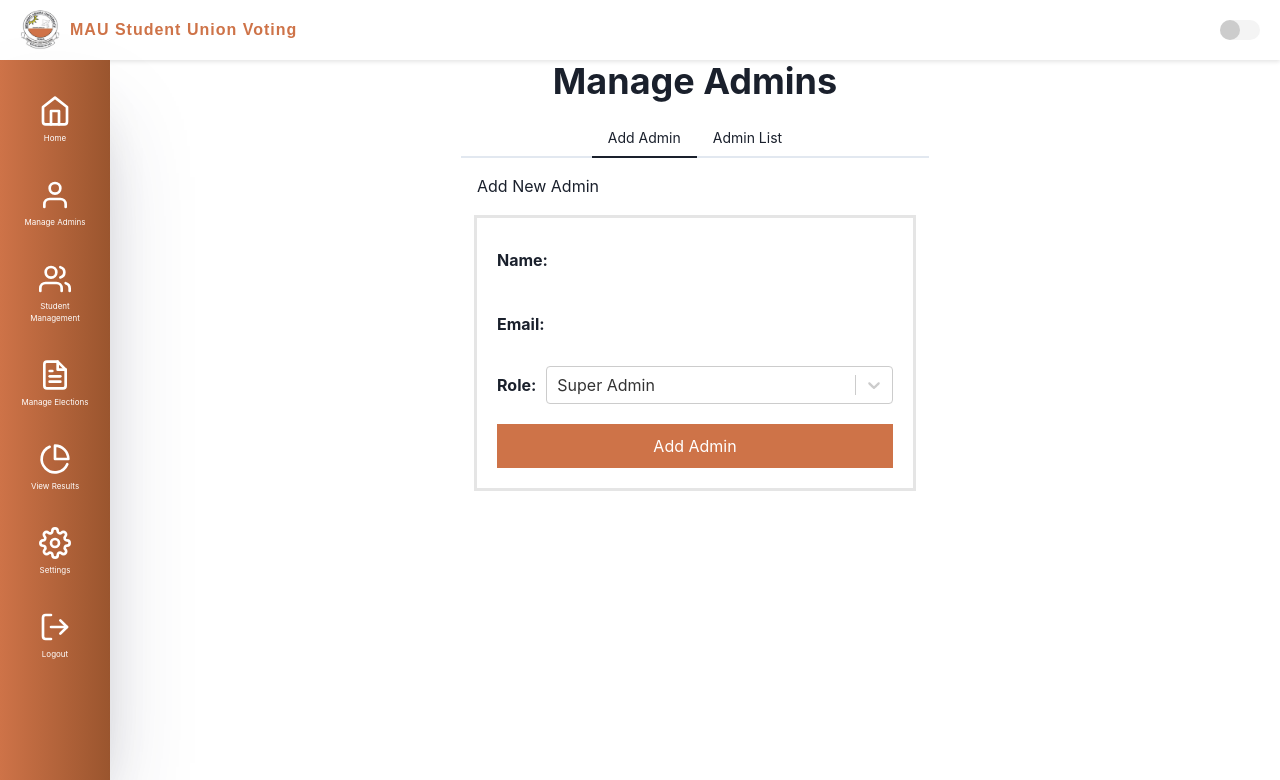
Repository: joena1o/e-vote
Page: /admin-dashboard/manage-admin
The author's editor kept a copy of each file at every save. The page is drawn from the files as they stood at one save, then again after the next save.
The browser window is 1280 px wide. The pictures show the whole page.
The project was rebuilt for these pictures with package versions that can differ from the ones it lists, and the page was loaded fresh each time. Also part of the build but not shown: src/components/EnhancedLogin.js, src/components/maincontent/RegisterStudents/ManageStudents.js, src/components/maincontent/RegisterStudents/RegisterStudents.js, src/components/maincontent/RegisterStudents/StudentManagement.js, src/components/maincontent/ElectionResults/ViewResults.js, src/components/maincontent/Settings/Settings.js, src/api/index.js, src/components/maincontent/home/Home.styles.js and 15 more.

Above is the page before, as saved 2023-10-24 07:03:42.

### src/index.js
import React from 'react';
import ReactDOM from 'react-dom/client';
import './index.css';
import App from './App';
import reportWebVitals from './reportWebVitals';
import Modal from 'react-modal';

// Set the app element for the modal for accessibility purposes
Modal.setAppElement('#root');

const root = ReactDOM.createRoot(document.getElementById('root'));
root.render(
  <React.StrictMode>
    <App />
  </React.StrictMode>
);

// If you want to start measuring performance in your app, pass a function
// to log results (for example: reportWebVitals(console.log))
// or send to an analytics endpoint. Learn more: https://bit.ly/CRA-vitals
reportWebVitals();

### src/App.js
import React from 'react';
import { BrowserRouter as Router, Routes, Route, Navigate } from 'react-router-dom';
import EnhancedLogin from './components/EnhancedLogin';
import AdminDashboard from './components/AdminDashboard';
import StudentDashboard from './components/StudentDashboard';
import { ChakraProvider, ColorModeProvider, Button, useColorMode } from '@chakra-ui/react';
import { Provider } from 'react-redux';
import store from './Redux/store';
import ElectionCommitteeDashboard from './components/maincontent/ElectionCommitteeDashboard';

// Component to toggle dark mode
function DarkModeToggle() {
  const { colorMode, toggleColorMode } = useColorMode();
  return (
    <Button onClick={toggleColorMode} position="fixed" m={4} zIndex={10}>
      Toggle {colorMode === 'light' ? 'Dark' : 'Light'}
    </Button>
  );
}

function App() {
  // Check if the current route is not the "/login" route, then render the DarkModeToggle
  // const isLoginPage = window.location.pathname === '/login';

  return (
    <Provider store={store}>
      <ChakraProvider>
        <ColorModeProvider options={{ useSystemColorMode: true }}>
          <Router>
            <Routes>
              {/* Define your routes */}
              <Route path="/login" element={<EnhancedLogin />} />
              <Route path="/admin-dashboard/*" element={<AdminDashboard />} />
              <Route path="/ElectionCommittee-dashboard/*" element={<ElectionCommitteeDashboard />} />
              <Route path='/student-dashboard/*' element={<StudentDashboard />} />
              {/* Redirect root to /admin-dashboard */}
              <Route path="/" element={<Navigate to="/admin-dashboard" replace />} />
            </Routes>
          </Router>
          {/* Render DarkModeToggle only if not on the "/login" page */}
          {/* {!isLoginPage && <DarkModeToggle />} */}
        </ColorModeProvider>
      </ChakraProvider>
    </Provider>
  );
}

export default App;

### src/components/AdminDashboard.js
// AdminDashboard.js
import React from 'react';
import { Routes, Route } from 'react-router-dom';
import StudentManagement from './maincontent/RegisterStudents/StudentManagement';
import ViewResults from './maincontent/ElectionResults/ViewResults';
import Settings from './maincontent/Settings/Settings';
import Home from './maincontent/home/Home';
import ManageAdmin from './maincontent/ManageAdmins/ManageAdmins';
import ManageElections from './maincontent/ManageElections/ManageElections';
import Sidebar from './Sidebar';
import Navbar from './Navbar';
import styled from 'styled-components';

const Container = styled.div`
  display: flex;
  flex-direction: column;
  /* Add the following line to ensure Container fills the screen height */
  height: 100vh;
  width: 100%; /* Use 100% to fill the entire width of the screen */
`;


const Content = styled.div`
  display: flex;
  /* Add the following line to ensure Content fills the remaining screen space */
  flex: 1;
`;

const AdminDashboard = () => {
  return (
    <Container>
      <Navbar />
      <Content>
        <Sidebar />
        <Routes>
          <Route index element={<Home />} />
          <Route path="student-management" element={<StudentManagement />} />
          <Route path="view-results" element={<ViewResults />} />
          <Route path="settings" element={<Settings />} />
          <Route path="manage-admin" element={<ManageAdmin />} />
          <Route path="manage-elections" element={<ManageElections />} />
        </Routes>
      </Content>
    </Container>
  );
};

export default AdminDashboard;

### src/Redux/store.js
import { configureStore } from '@reduxjs/toolkit';
import electionReducer from './electionSlice';
import studentsReducer from './studentsSlice';
import candidatesReducer from './CandidateSlice'; // Import the candidates reducer

const store = configureStore({
  reducer: {
    elections: electionReducer,
    students: studentsReducer,
    candidates: candidatesReducer, // Add the candidates reducer here
  },
});

export default store;

### src/components/maincontent/ManageAdmins/ManageAdmins.js
import React, { useState } from 'react';
import { Tabs, TabList, TabPanels, Tab, TabPanel, Box, Flex, Heading } from '@chakra-ui/react';
import AddAdmin from './AddAdmin';
import AdminList from './AdminList';

const ManageAdmins = () => {
  const [activeTab, setActiveTab] = useState(0);

  const handleTabChange = (index) => {
    setActiveTab(index);
  };

  return (
    <Flex direction="column" align="center" w="100%" h="100%">
      <Heading mb={4}>Manage Admins</Heading>
      <Box w="40%" maxW="500px">
        <Tabs index={activeTab} onChange={handleTabChange} isLazy>
          <TabList justifyContent="center">
            <Tab fontSize="sm" px={4} py={2} _selected={{ borderBottom: '2px solid', borderColor: 'currentColor' }}>
              Add Admin
            </Tab>
            <Tab fontSize="sm" px={4} py={2} _selected={{ borderBottom: '2px solid', borderColor: 'currentColor' }}>
              Admin List
            </Tab>
          </TabList>
          <TabPanels>
            <TabPanel>
              <AddAdmin />
            </TabPanel>
            <TabPanel>
              <AdminList />
            </TabPanel>
          </TabPanels>
        </Tabs>
      </Box>
    </Flex>
  );
};

export default ManageAdmins;

### src/components/Sidebar.js
import React from 'react';
import styled from 'styled-components';
import { Link } from 'react-router-dom';
import { FiHome, FiUser, FiUsers, FiFileText, FiSettings, FiLogOut, FiPieChart } from 'react-icons/fi';
import { useColorMode } from '@chakra-ui/react';

const SidebarContainer = styled.nav`
  background: ${props => (props.theme === 'dark' ? '#333' : 'linear-gradient(to right, #ce7348, #9a552e)')};
  padding: 15px;
  height: 100vh;
  color: #fff;
  box-shadow: rgba(50, 50, 93, 0.25) 0px 50px 100px -20px, rgba(0, 0, 0, 0.3) 0px 30px 60px -30px;
  display: flex;
  flex-direction: column;
`;

const LinkList = styled.ul`
  list-style-type: none;
  padding: 0;
  flex: 1;
`;

const StyledLink = styled(Link)`
  text-decoration: none;
  color: #fff;
  display: flex;
  flex-direction: column;
  align-items: center;
  transition: color 0.3s ease;
  margin-bottom: 15px;
  cursor: pointer;
  font-size: 0.5rem;

  &:hover {
    color: #fce364;
  }

  width: 80px;
  text-align: center;
  word-wrap: break-word;
  overflow-wrap: break-word;

  @media (max-width: 768px) {
    font-size: 0.4rem;
  }

  @media (max-width: 480px) {
    font-size: 0.3rem;
  }
`;

const LinkItem = styled.li`
  display: flex;
  align-items: center;
  margin-top: 20px;
`;

const Icon = styled.div`
  font-size: 2rem;
  color: #fff;

  @media (max-width: 768px) {
    font-size: 0.9rem;
  }

  @media (max-width: 480px) {
    font-size: 0.8rem;
  }

  margin-bottom: 5px;

  ${StyledLink}:hover & {
    color: #fce364;  // Change icon color when the link is hovered
  }
`;

function Sidebar() {
  const { colorMode } = useColorMode();

  return (
    <SidebarContainer theme={colorMode}>
      <LinkList>
        <LinkItem>
          <StyledLink to="/admin-dashboard">
            <Icon><FiHome /></Icon>
            Home
          </StyledLink>
        </LinkItem>
        <LinkItem>
          <StyledLink to="/admin-dashboard/manage-admin">
            <Icon><FiUser /></Icon>
            Manage Admins
          </StyledLink>
        </LinkItem>
        <LinkItem>
          <StyledLink to="/admin-dashboard/student-management">
            <Icon><FiUsers /></Icon>
            Student Management
          </StyledLink>
        </LinkItem>
        <LinkItem>
          <StyledLink to="/admin-dashboard/manage-elections">
            <Icon><FiFileText /></Icon>
            Manage Elections
          </StyledLink>
        </LinkItem>
        <LinkItem>
          <StyledLink to="/admin-dashboard/view-results">
            <Icon><FiPieChart /></Icon>
            View Results
          </StyledLink>
        </LinkItem>
        <LinkItem>
          <StyledLink to="/admin-dashboard/settings">
            <Icon><FiSettings /></Icon>
            Settings
          </StyledLink>
        </LinkItem>
        <LinkItem>
          <StyledLink to="/logout">
            <Icon><FiLogOut /></Icon>
            Logout
          </StyledLink>
        </LinkItem>
      </LinkList>
    </SidebarContainer>
  );
}

export default Sidebar;

### src/components/Navbar.js
import React from 'react';
import styled, { createGlobalStyle } from 'styled-components';
import logo from '../assets/school_logo.jpg';
import { useColorMode } from '@chakra-ui/react';

const GlobalStyle = createGlobalStyle`
  body {
    background-color: ${props => (props.theme === 'dark' ? '#333' : '#fff')};
    color: ${props => (props.theme === 'dark' ? '#fff' : '#000')}; // Set other component texts to black in light mode
  }
`;

const Header = styled.header`
  background: ${props => (props.theme === 'dark' ? '#333' : '#fff')};
  color: ${props => (props.theme === 'dark' ? '#fff' : '#ce7348')}; // Set navbar text to brown in light mode
  padding: 10px 20px;
  display: flex;
  align-items: center;
  justify-content: flex-start;
  box-shadow: 0px 2px 4px rgba(0, 0, 0, 0.1);
  font-family: 'Poppins', sans-serif;
`;


const Logo = styled.img`
  width: 40px;
  height: 40px;
  border-radius: 20px;
  margin-right: 10px;
`;

const Title = styled.h1`
  margin: 0;
  padding: 0;
  font-size: 1rem;
  font-weight: 600;
  letter-spacing: 1px;
`;

const ToggleSlider = styled.label`
  display: flex;
  align-items: center;
  cursor: pointer;
  margin-left: auto;
`;

const SliderInput = styled.input.attrs({ type: 'checkbox' })`
  display: none;
`;

const Slider = styled.div`
  width: 40px;
  height: 20px;
  background-color: ${props => (props.theme === 'dark' ? '#333' : '#f4f4f4')};
  border-radius: 20px;
  position: relative;
  transition: background-color 0.3s ease;
  cursor: pointer;

  &::after {
    content: '';
    width: 20px;
    height: 20px;
    border-radius: 50%;
    background-color: ${props => (props.theme === 'dark' ? '#fff' : '#ccc')};
    position: absolute;
    top: 50%;
    transform: translateY(-50%);
    left: ${props => (props.theme === 'dark' ? '20px' : '0')};
    transition: left 0.3s ease;
  }
`;

function Navbar() {
  const { colorMode, toggleColorMode } = useColorMode();

  return (
    <>
      <GlobalStyle theme={colorMode} />
      <Header theme={colorMode}>
        <Logo src={logo} alt="University Logo" />
        <Title>MAU Student Union Voting</Title>
        <ToggleSlider>
          <SliderInput type="checkbox" onChange={toggleColorMode} />
          <Slider theme={colorMode} />
        </ToggleSlider>
      </Header>
    </>
  );
}

export default Navbar;

### src/Redux/electionSlice.js
/*import { createSlice, createAsyncThunk } from '@reduxjs/toolkit';
import { API, graphqlOperation } from 'aws-amplify';
import { createElection as createElectionAPI } from '../graphql/mutations';

export const createElection = createAsyncThunk(
  'elections/createElection',
  async (election, { rejectWithValue }) => {
    try {
      const result = await API.graphql(graphqlOperation(createElectionAPI, { input: election }));
      return result.data.createElection;
    } catch (error) {
      return rejectWithValue(error);
    }
  }
);

const electionSlice = createSlice({
  name: 'elections',
  initialState: [],
  reducers: {},
  extraReducers: (builder) => {
    builder.addCase(createElection.fulfilled, (state, action) => {
      state.push(action.payload);
    });
  },
});

export default electionSlice.reducer;
*/

### src/Redux/studentsSlice.js
import { createSlice } from '@reduxjs/toolkit';

export const studentsSlice = createSlice({
  name: 'students',
  initialState: [],
  reducers: {
    addStudents: (state, action) => {
      // Add students to the Redux store
      action.payload.forEach(student => {
        state.push(student);
      });
    },
  },
});

export const { addStudents } = studentsSlice.actions;

export default studentsSlice.reducer;

### src/Redux/CandidateSlice.js

import { createSlice } from '@reduxjs/toolkit';

export const candidatesSlice = createSlice({
  name: 'candidates',
  initialState: [],
  reducers: {
    setCandidates: (state, action) => {
      return action.payload;
    },
  },
});

export const { setCandidates } = candidatesSlice.actions;
export default candidatesSlice.reducer;

### src/components/maincontent/ManageAdmins/AddAdmin.js
import React, { useState } from 'react';
import styled from 'styled-components';
import { API, Auth } from 'aws-amplify';
import { useFormik } from 'formik';
import Select from 'react-select';
import { useColorMode } from '@chakra-ui/react';
import Modal from 'react-modal';

Modal.setAppElement('#root');  // For accessibility reasons

const darkThemeStyles = {
    menu: provided => ({
        ...provided,
        backgroundColor: '#333',
        color: 'white'
    }),
    option: (provided, state) => ({
        ...provided,
        backgroundColor: state.isFocused ? '#555' : '#333',
        color: 'white'
    }),
    control: provided => ({
        ...provided,
        backgroundColor: '#444',
        color: 'white',
        borderColor: '#555'
    }),
    singleValue: provided => ({
        ...provided,
        color: 'white'
    })
};

const Form = styled.form`
    display: flex;
    flex-direction: column;
    max-width: 600px;
    margin: 20px auto;
    padding: 20px;
    box-shadow: rgba(0, 0, 0, 0.1) 0px 0px 0px 3px;
`;

const FormGroup = styled.div`
    display: flex;
    align-items: center;
    margin-bottom: 20px;
`;

const Label = styled.label`
    margin-right: 10px;
    font-weight: bold;
`;

const Input = styled.input`
    flex: 1;
    padding: 10px;
`;

const StyledSelect = styled(Select)`
    flex: 1;
`;

const Button = styled.button`
    background-color: #ce7348;
    color: #fff;
    padding: 10px;
    border: none;
    cursor: pointer;
`;

const StyledModal = styled(Modal)`
    position: absolute;
    top: 50%;
    left: 50%;
    transform: translate(-50%, -50%);
    width: 300px;
    background: ${props => props.colorMode === 'dark' ? '#333' : '#fff'};
    padding: 20px;
    border-radius: 8px;
    outline: none;
    box-shadow: 0px 10px 30px -5px rgba(0, 0, 0, 0.3);
`;

const CloseIcon = styled.span`
    position: absolute;
    top: 10px;
    right: 10px;
    cursor: pointer;
    font-size: 24px;
    color: #ce7348;
`;

function AddAdmin() {
    const [modalIsOpen, setModalIsOpen] = useState(false);
    const [modalMessage, setModalMessage] = useState('');
    const { colorMode } = useColorMode();

    const roleOptions = [
        { value: 'Super Admin', label: 'Super Admin' },
        { value: 'Student Affairs', label: 'Student Affairs' },
    ];

    const formik = useFormik({
        initialValues: {
            name: '',
            email: '',
            role: 'Super Admin',
        },
        onSubmit: async (values) => {
            try {
                // Your AWS Amplify logic...
                const temporaryPassword = Math.random().toString(36).slice(-8);
                const signUpResponse = await Auth.signUp({
                    username: values.email,
                    password: temporaryPassword,
                    attributes: {
                        email: values.email,
                    },
                });

                if (!signUpResponse.userConfirmed) {
                    await Auth.completeNewPassword(signUpResponse, temporaryPassword);
                }

                await API.post('AdminAPI', '/admins', {
                    body: values,
                });

                setModalMessage('Admin added successfully! An email with a temporary password has been sent.');
                setModalIsOpen(true);
                formik.resetForm();

            } catch (error) {
                console.error('Error adding admin:', error);
                setModalMessage('Error adding admin. Please try again.');
                setModalIsOpen(true);
            }
        },
    });

    return (
        <>
            <h3>Add New Admin</h3>
            <Form onSubmit={formik.handleSubmit}>
                <FormGroup>
                    <Label>Name:</Label>
                    <Input type="text" name="name" value={formik.values.name} onChange={formik.handleChange} required />
                </FormGroup>

                <FormGroup>
                    <Label>Email:</Label>
                    <Input type="email" name="email" value={formik.values.email} onChange={formik.handleChange} required />
                </FormGroup>

                <FormGroup>
                    <Label>Role:</Label>
                    <StyledSelect
                        value={roleOptions.find(option => option.value === formik.values.role)}
                        onChange={option => formik.setFieldValue('role', option.value)}
                        options={roleOptions}
                        isSearchable={false}
                        styles={colorMode === 'dark' ? darkThemeStyles : {}}
                    />
                </FormGroup>

                <Button type="submit">Add Admin</Button>
            </Form>
            <StyledModal
                isOpen={modalIsOpen}
                onRequestClose={() => setModalIsOpen(false)}
                colorMode={colorMode}
            >
                <CloseIcon onClick={() => setModalIsOpen(false)}>×</CloseIcon>
                <h2>Notification</h2>
                <p>{modalMessage}</p>
            </StyledModal>
        </>
    );
}

export default AddAdmin;

Loaded but not shown: public/index.html (common file); src/index.css (common file); src/reportWebVitals.js (common file)

After the next save:
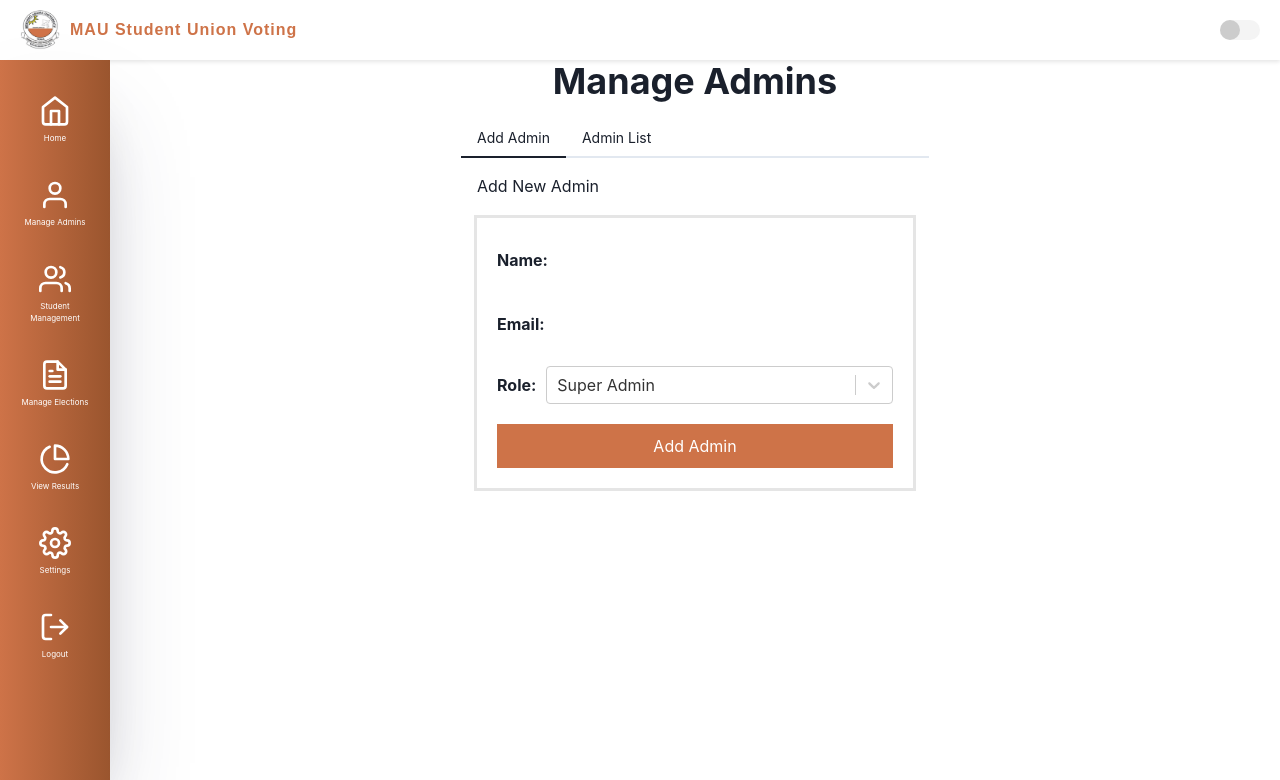
Saved 82 s later.
--- a/src/components/maincontent/ManageAdmins/ManageAdmins.js
+++ b/src/components/maincontent/ManageAdmins/ManageAdmins.js
@@ -15,7 +15,7 @@ const ManageAdmins = () => {
       <Heading mb={4}>Manage Admins</Heading>
       <Box w="40%" maxW="500px">
         <Tabs index={activeTab} onChange={handleTabChange} isLazy>
-          <TabList justifyContent="center">
+          <TabList >
             <Tab fontSize="sm" px={4} py={2} _selected={{ borderBottom: '2px solid', borderColor: 'currentColor' }}>
               Add Admin
             </Tab>
